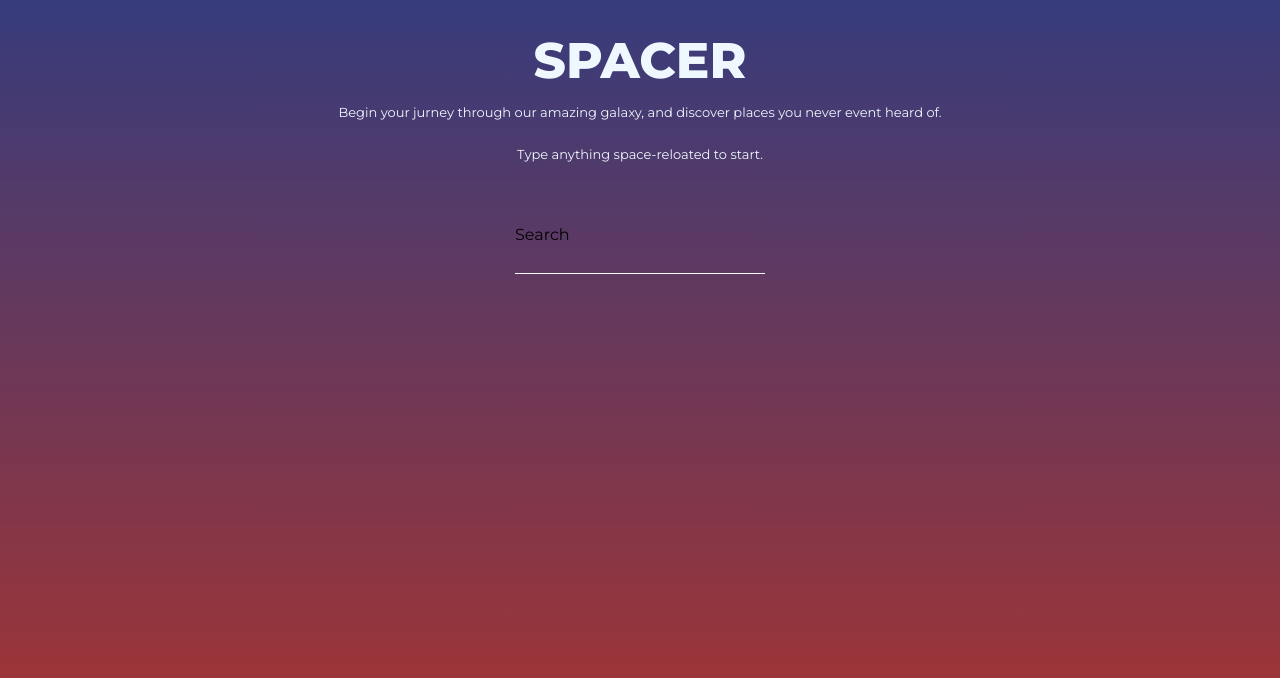
Repository: kamilluc/space-vue
Page: /
The author's editor kept a copy of each file at every save. The page is drawn from the files as they stood at one save, then again after the next save.
The browser window is 1280 px wide. The pictures show the whole page.
The project was rebuilt for these pictures with package versions that can differ from the ones it lists, and the page was loaded fresh each time. Also part of the build but not shown: src/views/About.vue.

Above is the page before, as saved 2018-08-08 23:43:50.

### public/index.html
<!DOCTYPE html>
<html lang="en">
  <head>
    <meta charset="utf-8">
    <meta http-equiv="X-UA-Compatible" content="IE=edge">
    <meta name="viewport" content="width=device-width,initial-scale=1.0">
    <link rel="icon" href="<%= BASE_URL %>favicon.ico">
    <title>space-vue</title>
  </head>
  <body>
    <noscript>
      <strong>We're sorry but space-vue doesn't work properly without JavaScript enabled. Please enable it to continue.</strong>
    </noscript>
    <div id="app"></div>
    <!-- built files will be auto injected -->
  </body>
</html>

### src/App.vue
<template>
  <div class="app">
    <!-- <div class="nav">
      <router-link to="/">spacer</router-link>
      <router-link to="/about">about</router-link>
    </div> -->
    <router-view />
  </div>
</template>

<style lang="scss">
@import url("https://fonts.googleapis.com/css?family=Montserrat:300,400,600,800");

* {
  box-sizing: border-box;
}
body {
  font-family: "Montserrat", sans-serif;
  margin: 0;
  padding: 0;
}
</style>

### src/router.js
import Vue from "vue";
import Router from "vue-router";
import Search from "./views/Search.vue";
import About from "./views/About.vue";

Vue.use(Router);

export default new Router({
  routes: [
    {
      path: "/",
      name: "Search",
      component: Search
    },
    {
      path: "/about",
      name: "About",
      component: About
    }
  ]
});

### src/views/Search.vue
<template>
  <div class="wrapper">
        <HeroImage />

    <Claim />
    <SearchInput />
    <!-- <div class="search">
      <label for="search">Search</label>
      <input type="text" id="search"
      name="search"
      v-model="searchValue"
      @input="handleInput"
      /> -->
      <!-- <ul>
      <li v-for="item in results" :key="item.data[0].nasa_id">
          <p>{{item.data[0].description}}</p>
      </li>
      </ul> -->
    <!-- </div> -->
  </div>
</template>

<script>
import axios from "axios";
import debounce from "lodash.debounce";
import Claim from "@/components/Claim";
import SearchInput from "@/components/SearchInput";
import HeroImage from "@/components/HeroImage";

const API = "https://images-api.nasa.gov/search?q=";

export default {
  name: "Search",
  components: { Claim, SearchInput, HeroImage },
  data() {
    return {
      searchValue: "",
      results: []
    };
  },
  methods: {
    // handleInput(e) {
    //   axios
    //     .get(`${API}${this.searchValue}&media_type=image`)
    //     .then(res => {
    //       console.log(res);
    //     })
    //     .catch(err => {
    //       console.log(err);
    //     });
    // }

    handleInput: debounce(function() {
      axios
        .get(`${API}${this.searchValue}&media_type=image`)
        .then(res => {
          // console.log(res);
          this.results = res.data.collection.items;
        })
        .catch(err => {
          console.log(err);
        });
    }, 500)
  }
};
</script>

<style lang="scss" scoped>
.wrapper {
  display: flex;
  flex-direction: column;
  align-items: center;
  margin: 0;
  padding: 30px;
  // width: 100%;
  // height: 100vh;
  justify-content: center;
  // background: linear-gradient(#444b9b, #e66465);
}
</style>

### src/components/Claim.vue
<template>
  <div class="claim-wrapper">
    <h1 class="claim">SPACER</h1>
    <p class="subclaim">
        Begin your jurney through our amazing galaxy,
        and discover places you never event heard of.
    </p>
     <p class="subclaim">
        Type anything space-reloated to start.
    </p>
  </div>
</template>

<script>
export default {
  name: "Claim"
};
</script>

<style lang="scss" scoped>
.claim-wrapper {
  text-align: center;
  display: flex;
  flex-direction: column;
  justify-content: center;
  align-items: center;
  color: aliceblue;
}

.claim {
  font-size: 50px;
  margin: 0;
}

.subclaim {
  margin-top: 20px 0 0 0;
  font-size: 13px;
}
</style>

### src/components/SearchInput.vue
<template>
    <div class="searchinput-wrapper">
      <label for="search">Search</label>
      <input type="text" id="search"
      name="search"
      v-model="searchValue"
      @input="handleInput"
      />
      <!-- <ul>
      <li v-for="item in results" :key="item.data[0].nasa_id">
          <p>{{item.data[0].description}}</p>
      </li>
      </ul> -->
    </div>
</template>

<script>
export default {
  name: "SearchInput"
};
</script>

<style lang="scss" scoped>
.searchinput-wrapper {
  display: flex;
  flex-direction: column;
  margin-top: 50px;
  width: 250px;
}

input {
  height: 30px;
  border: 0;
  background: none;
  border-bottom: 1px solid white;
}

input:focus {
  //   outline: none;
}
</style>

### src/components/HeroImage.vue
<template>
    <div class="heroImage"></div>
</template>

<script>
export default {
  name: "HeroImage"
};
</script>

<style lang="scss" scoped>
.heroImage {
  position: fixed;
  top: 0;
  z-index: -1;
  width: 100%;
  height: 100vh;
  background: linear-gradient(#444b9b, #ca4141);
}

.heroImage::after {
  content: "";
  background: rgba(0, 0, 0, 0.2);
  position: absolute;
  top: 0;
  left: 0;
  z-index: 1;
  width: 100%;
  height: 100vh;
}
</style>

Loaded but not shown: src/main.js (common file)

After the next save:
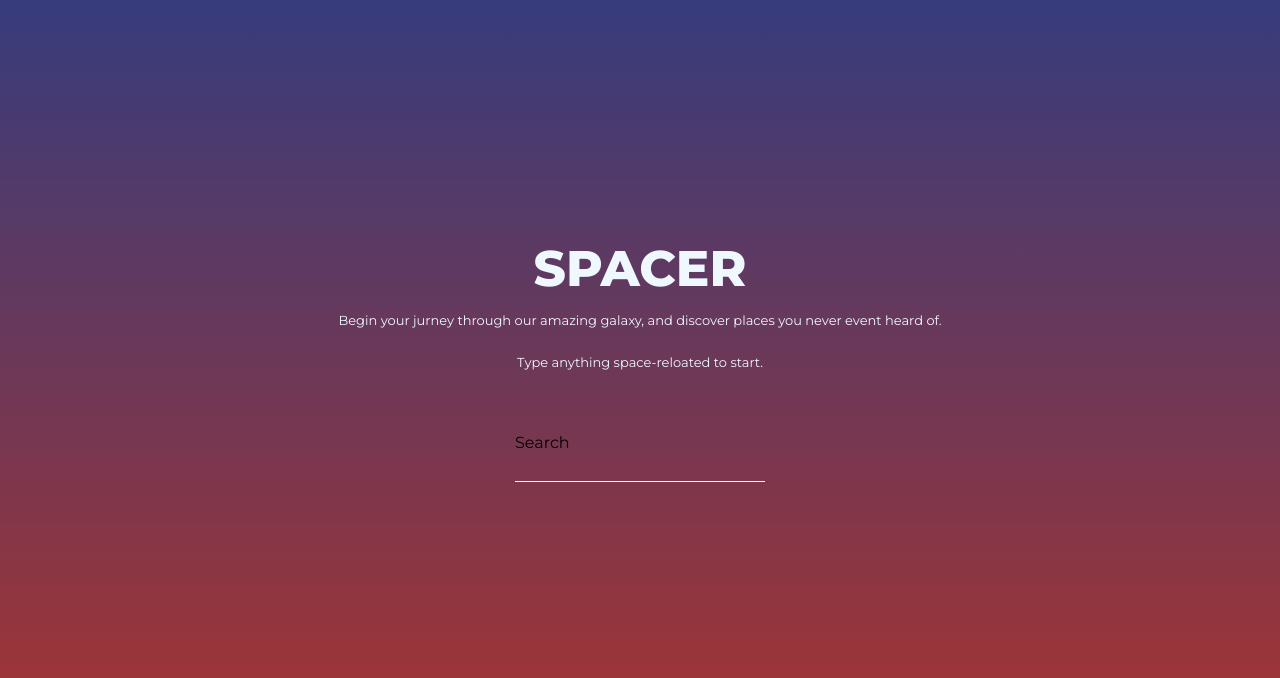
Saved 2 min 16 s later.
--- a/src/views/Search.vue
+++ b/src/views/Search.vue
@@ -67,14 +67,16 @@
 
 <style lang="scss" scoped>
 .wrapper {
+  margin: 0;
+  width: 100%;
+  min-height: 100vh;
+  padding: 30px;
+
   display: flex;
   flex-direction: column;
   align-items: center;
-  margin: 0;
-  padding: 30px;
-  // width: 100%;
   // height: 100vh;
+
   justify-content: center;
-  // background: linear-gradient(#444b9b, #e66465);
 }
 </style>
--- a/src/components/SearchInput.vue
+++ b/src/components/SearchInput.vue
@@ -33,9 +33,11 @@
   border: 0;
   background: none;
   border-bottom: 1px solid white;
+  transition: box-shadow 0.5s;
 }
 
 input:focus {
-  //   outline: none;
+  outline: none;
+  box-shadow: 0 10px 20px -8px rgba(255, 255, 255, 0.3);
 }
 </style>
